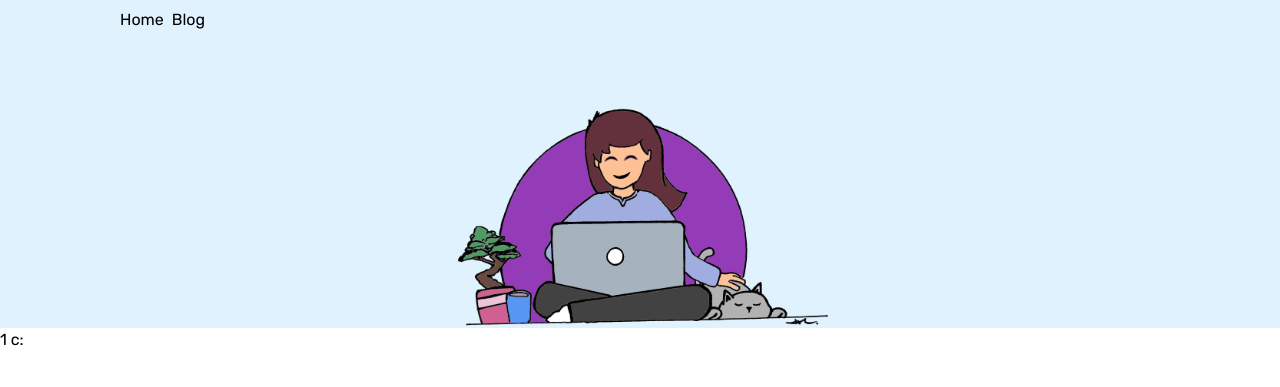
Repository: Risclover/markdown-blog
Page: /posts/1
The author's editor kept a copy of each file at every save. The page is drawn from the files as they stood at one save, then again after the next save.
The browser window is 1280 px wide. The pictures show the whole page.
The project was rebuilt for these pictures with package versions that can differ from the ones it lists, and the page was loaded fresh each time. Also part of the build but not shown: src/components/BlogPost.js, src/pages/Home.js.

Above is the page before, as saved 2023-06-29 04:11:13.

After the next save:
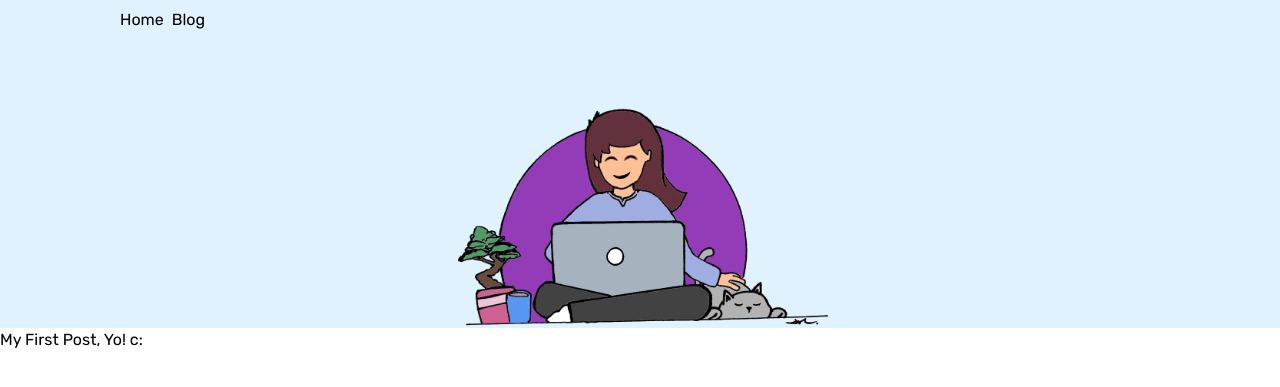
Saved 19 s later.
--- a/src/pages/Post.js
+++ b/src/pages/Post.js
@@ -9,5 +9,5 @@ export default function Post({ postList }) {
   const post = postList.find((post) => post.id === +id);
 
   console.log(post.title);
-  return <div>{id} c:</div>;
+  return <div>{post.title} c:</div>;
 }
